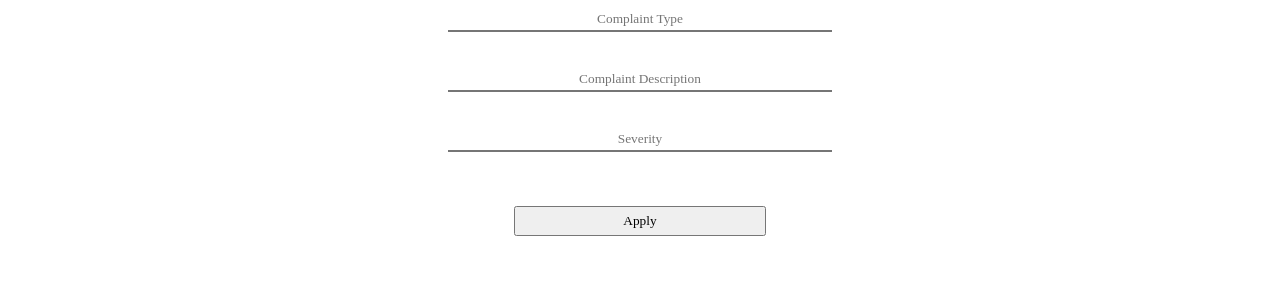
Repository: amitSai12/CMS
Page: http://localhost/ComplaintResolve/ComplaintApply.jsp
An editor plug-in stored every save of this project. The page is shown before and after the next save, followed by the edit.
The browser window is 1280 px wide. The pictures show the whole page.
The page is served by Tomcat 9. Other server files are loaded and not shown.

Above is the page before, as saved 2023-10-04 16:56:12.

### Day1_Thu/ComplaintResolve/src/main/webapp/ComplaintApply.jsp
<%@page import="com.java.complaint.Complaint"%>
<%@page import="com.java.complaint.ComplaintDAO"%>
<%@page import="com.java.complaint.ComplaintDAOImpl"%>
<%@ page language="java" contentType="text/html; charset=UTF-8"
	pageEncoding="UTF-8"%>
<!DOCTYPE html>
<html>
<head>
<meta charset="UTF-8">
<title>Insert title here</title>
</head>
<body>
<center>
	<form method="get" action="ComplaintApply.jsp">
		 <input
		 type="text" name="complaintType" placeholder="Complaint Type"
		 style="width:30%; height: 20px;font-family: cursive;text-align: center;border:1;
    		border-top-style: none;border-left-style: none;border-right-style: none"><br><br><br>
		 <input
		type="text" name="cDescription"placeholder="Complaint Description"
		style="width:30%; height: 20px;font-family: cursive;text-align: center;border:1;
    		border-top-style: none;border-left-style: none;border-right-style: none"><br><br><br>
		 <input
			type="text" name="severity"placeholder="Severity"
			style="width:30%; height: 20px;font-family: cursive;text-align: center;border:1;
    		border-top-style: none;border-left-style: none;border-right-style: none"><br><br><br><br>
		 <input
			type="submit" value="Apply"
			style="font-family: cursive;width:20%; height: 30px;">
	</form>
	</center>

	<%
	  if(request.getParameter("complaintType")!= null && request.getParameter("cDescription") != null){
		  ComplaintDAO dao = new ComplaintDAOImpl();
		  Complaint complaint = new Complaint();
		  complaint.setComplaintType(request.getParameter("complaintType"));
		  complaint.setcDescription(request.getParameter("cDescription"));
		  complaint.setSeverity(request.getParameter("severity"));
		  dao.addComplaint(complaint);
		  %>
		  <jsp:forward page="ComplaintShow.jsp"/>
		  <%
	  }
	%>
<%--
	<%
	if (request.getParameter("complaintId") != null) {
	}
	%>

	<jsp:useBean id="complaint" class="com.java.complaint.Complaint" />
	<jsp:setProperty property="*" name="complaint" />

	<jsp:useBean id="dao" class="com.java.complaint.ComplaintDAOImpl" />

	<%
	String result = dao.addComplaint(complaint);
	out.print(result);
	%> --%>


</body>
</html>

### Day1_Thu/ComplaintResolve/src/main/java/com/java/complaint/ComplaintDAO.java
package com.java.complaint;

import java.sql.SQLException;
import java.util.*;

public interface ComplaintDAO {
	String addComplaint(Complaint complaint) throws ClassNotFoundException, SQLException;
	Complaint searchComplaint(String complaintId) throws ClassNotFoundException, SQLException;
	List<Complaint> showComplaint() throws ClassNotFoundException, SQLException;
//	Complaint seatchComplaint(String complaintId, String ResolveBy, String Comments) throws ClassNotFoundException, SQLException;
	String addResolve(Resolve resolve, String complaintId, String status, Date ComplaintDate) throws ClassNotFoundException,
	SQLException;

	List<Resolve> showResolve() throws ClassNotFoundException, SQLException;


}

After the next save:
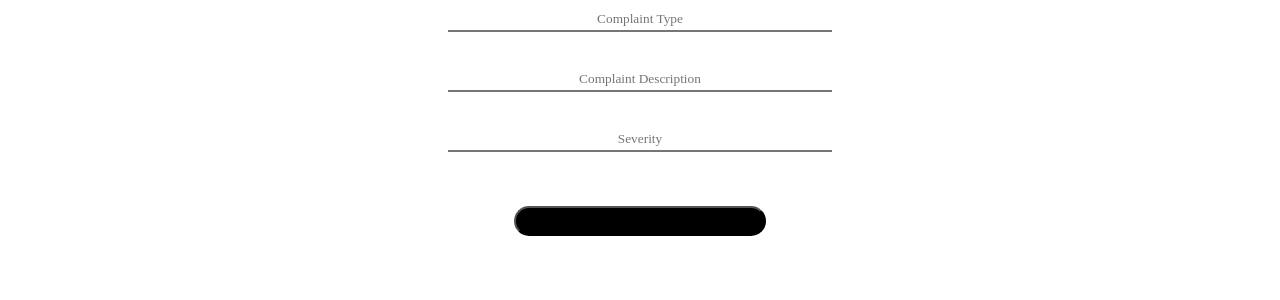
Saved 62 s later.
--- a/Day1_Thu/ComplaintResolve/src/main/webapp/ComplaintApply.jsp
+++ b/Day1_Thu/ComplaintResolve/src/main/webapp/ComplaintApply.jsp
@@ -26,7 +26,8 @@
     		border-top-style: none;border-left-style: none;border-right-style: none"><br><br><br><br>
 		 <input
 			type="submit" value="Apply"
-			style="font-family: cursive;width:20%; height: 30px;">
+			style="font-family: cursive;width:20%; height: 30px;
+			border-radius:20px;background-color:black">
 	</form>
 	</center>
 
